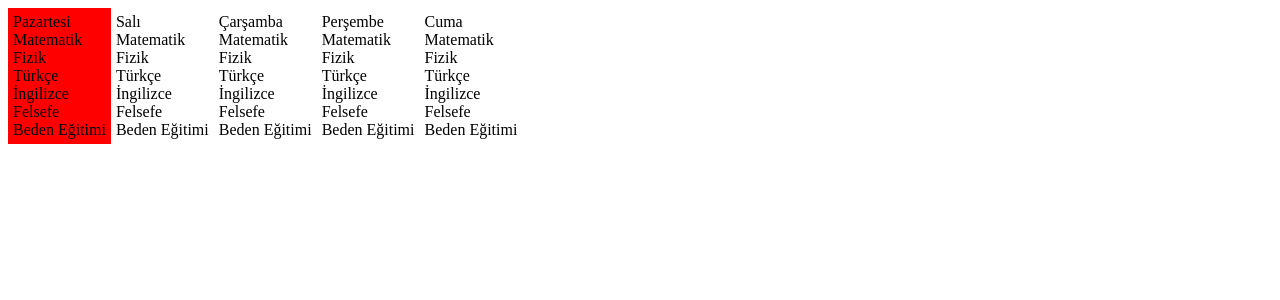
Repository: ahmetbugraozcan/css-ders-programi
Page: deneme2.html
These files come from the project's save history. The page is drawn as it stood at one moment and after the next save; the edit follows.
The browser window is 1280 px wide. The pictures show the whole page.

Above is the page before, as saved 2021-07-10 13:50:26.

### deneme2.html
<!DOCTYPE html>
<html>

<head>
    <style>
        .head{
            background-color: red;
        }
        .container{
            padding: 5px;
        }
        .row {
            display: flex;
            flex-direction: row;

        }

        .row > div{
            padding: 5px;
        }

        .column {
            display: flex;
            flex-direction: column;

            width: 400;
            height: 400;
        }
    </style>
</head>

<body>
    <div class="row">
        <div class="head">Pazartesi
            <div class="column">
                <div>Matematik</div>
                 <div>Fizik</div>
                <div>Türkçe</div>
                <div>İngilizce</div>
                <div>Felsefe</div>
                <div>Beden Eğitimi</div>
            </div>
        </div>
        <div>Salı
            <div class="column">
                <div>Matematik</div>
                <div>Fizik</div>
               <div>Türkçe</div>
               <div>İngilizce</div>
               <div>Felsefe</div>
               <div>Beden Eğitimi</div>
            </div>

        </div>
        <div>Çarşamba
            <div class="column">
                <div>Matematik</div>
                <div>Fizik</div>
               <div>Türkçe</div>
               <div>İngilizce</div>
               <div>Felsefe</div>
               <div>Beden Eğitimi</div>
            </div>
        </div>
        <div>Perşembe
            <div class="column">
                <div>Matematik</div>
                <div>Fizik</div>
               <div>Türkçe</div>
               <div>İngilizce</div>
               <div>Felsefe</div>
               <div>Beden Eğitimi</div>
            </div>
        </div>
        <div>Cuma
            <div class="column">
                <div>Matematik</div>
                <div>Fizik</div>
               <div>Türkçe</div>
               <div>İngilizce</div>
               <div>Felsefe</div>
               <div>Beden Eğitimi</div>
            </div>
        </div>
    </div>

</body>

</html>

After the next save:
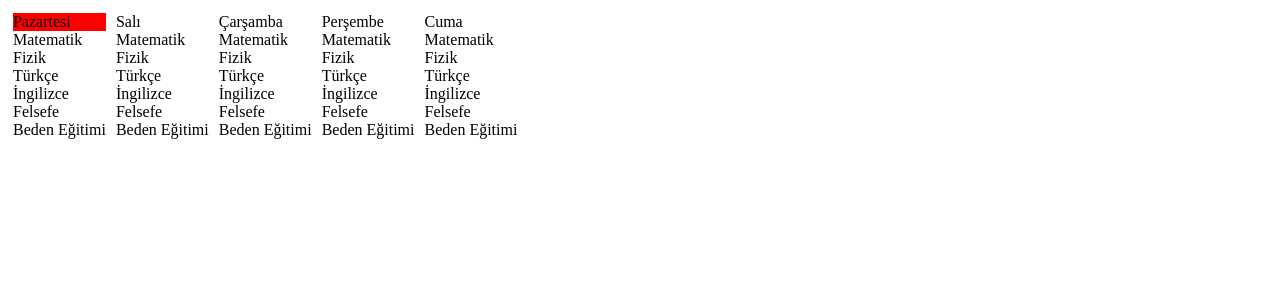
Saved 14 s later.
--- a/deneme2.html
+++ b/deneme2.html
@@ -31,7 +31,7 @@
 
 <body>
     <div class="row">
-        <div class="head">Pazartesi
+        <div><div class="head">Pazartesi</div>
             <div class="column">
                 <div>Matematik</div>
                  <div>Fizik</div>
